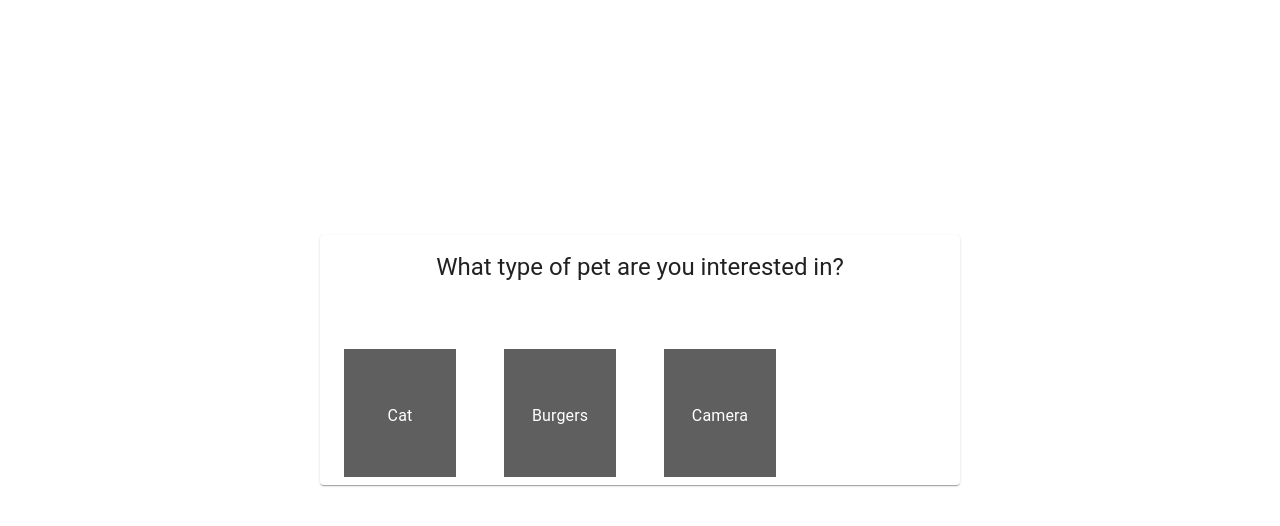
Repository: watthananick1/petstory
Page: /
An editor plug-in stored every save of this project. The page is shown before and after the next save, followed by the edit.
The browser window is 1280 px wide. The pictures show the whole page.
Pictures or frames that could not be fetched are drawn as grey boxes. The project was rebuilt for these pictures with package versions that can differ from the ones it lists, and the page was loaded fresh each time.

Above is the page before, as saved 2023-03-25 14:46:33.

### src/index.tsx
import React from 'react';
import ReactDOM from 'react-dom/client';
import './index.css';
import App from './App';
import reportWebVitals from './reportWebVitals';
import { BrowserRouter } from 'react-router-dom';

const root = ReactDOM.createRoot(document.getElementById('root') as HTMLElement);
root.render(
    <React.StrictMode>
        <BrowserRouter>
            <App />
        </BrowserRouter>
    </React.StrictMode>
);

// If you want to start measuring performance in your app, pass a function
// to log results (for example: reportWebVitals(console.log))
// or send to an analytics endpoint. Learn more: https://bit.ly/CRA-vitals
reportWebVitals();

### src/App.tsx
import logo from './assets/logo.svg';
import styles from './App.module.scss';
import { Menu } from './components/menu/menu';
import { Container } from './components/container/container';
import { Navbar } from './components/navbar/navbar';
import { Posts } from './components/posts/posts';
import Login from './components/login/login';
import SignUp from './components/sign-up/sign-up';
import CardTypePet from './components/card-type-pet/card-type-pet';
import { Route, Routes } from 'react-router';

function App() {
    return (
        // <div className={styles.App}>
        //     <Navbar />
        //     <Menu />
        //     <Container />
        //     <Posts />
        // </div>
        <div>
            <Routes>
                {/* <Route id="login" path="/" element={<Login />} />
                <Route id="signUp" path="/signUp" element={<SignUp />} /> */}
                {/* <Route path="/home" element={<Home />} /> */}
                <Route path="/" element={<CardTypePet />} />
            </Routes>
        </div>
    );
}

export default App;

### src/components/card-type-pet/card-type-pet.tsx
import * as React from 'react';
import { styled } from '@mui/material/styles';
import Box from '@mui/material/Box';
import ButtonBase from '@mui/material/ButtonBase';
import Typography from '@mui/material/Typography';
import { Card, CardContent, Paper } from '@mui/material';

const images = [
    {
        url: 'https://firebasestorage.googleapis.com/v0/b/pet-story-f51e3.appspot.com/o/mainData%2FimgTypePet%2Fcat.jpg?alt=media&token=758765ef-8887-4d21-88d9-0f803717e977',
        title: 'Cat',
        width: '30%',
    },
    {
        url: '/static/images/buttons/burgers.jpg',
        title: 'Burgers',
        width: '30%',
    },
    {
        url: '/static/images/buttons/camera.jpg',
        title: 'Camera',
        width: '30%',
    },
];

const ImageButton = styled(ButtonBase)(({ theme }) => ({
    position: 'relative',
    height: 200,
    [theme.breakpoints.down('sm')]: {
        width: '100% !important', // Overrides inline-style
        height: '2%',
    },
    '&:hover, &.Mui-focusVisible': {
        zIndex: 1,
        '& .MuiImageBackdrop-root': {
            opacity: 0.15,
        },
        '& .MuiImageMarked-root': {
            opacity: 0,
        },
        '& .MuiTypography-root': {
            border: '4px solid currentColor',
        },
    },
}));

const ImageSrc = styled('span')({
    position: 'absolute',
    left: 0,
    right: 0,
    top: 0,
    bottom: 0,
    backgroundSize: 'cover',
    backgroundPosition: 'center 40%',
});

const Image = styled('span')(({ theme }) => ({
    position: 'absolute',
    left: 0,
    right: 0,
    top: 0,
    bottom: 0,
    display: 'flex',
    alignItems: 'center',
    justifyContent: 'center',
    color: theme.palette.common.white,
}));

const ImageBackdrop = styled('span')(({ theme }) => ({
    position: 'absolute',
    left: 0,
    right: 0,
    top: 0,
    bottom: 0,
    backgroundColor: theme.palette.common.black,
    opacity: 0.4,
    transition: theme.transitions.create('opacity'),
}));

const Item = styled(Paper)(({ theme }) => ({
  ...theme.typography.body2,
  textAlign: 'center',
  color: theme.palette.text.secondary,
  height: 10,
  lineHeight: '60px',
}));

export default function CardTypePet() {
    return (
        <div style={{ display: 'flex', alignItems: 'center', height: '100vh'}}>
            <Card sx={{ minWidth: '50%', margin: '0 auto' }}>
                <CardContent>
                    <Typography gutterBottom variant="h5" style={{alignItems: 'center', textAlign: 'center', height: 50}} component="div">
                      What type of pet are you interested in?
                    </Typography >
                </CardContent>
                <Box
                  sx={{
                    display: 'flex',
                    flexWrap: 'wrap',
                    '& > :not(style)': {
                      m: 2,
                      width: 128,
                      height: 128,
                    },
                  }}
                >
                  {images.map((image) => (
                      <Box
                      sx={{
                        display: 'flex',
                        flexWrap: 'wrap',
                        '& > :not(style)': {
                          m: 1,
                          width: 128,
                          height: 128,
                        },
                      }}
                      >
                        <ImageButton
                            focusRipple
                            key={image.title}
                            style={{
                                width: '100%',
                            }}
                            onClick={() => console.log(`Clicked on ${image.title}`)}
                        >
                            <ImageSrc style={{ backgroundImage: `url(${image.url})` }} />
                            <ImageBackdrop className="MuiImageBackdrop-root" />
                            <Image>
                                <Typography
                                    component="span"
                                    variant="subtitle1"
                                    color="inherit"
                                    sx={{
                                        position: 'relative',
                                        p: 4,
                                        pt: 2,
                                        pb: (theme) => `calc(${theme.spacing(1)} + 2px)`,
                                    }}
                                >
                                    {image.title}
                                </Typography>
                            </Image>
                        </ImageButton>
                        </Box>
                    ))}
                </Box>
            </Card>
        </div>
    );
}

Loaded but not shown: public/index.html (common file); src/index.css (common file); src/reportWebVitals.ts (common file)

After the next save:
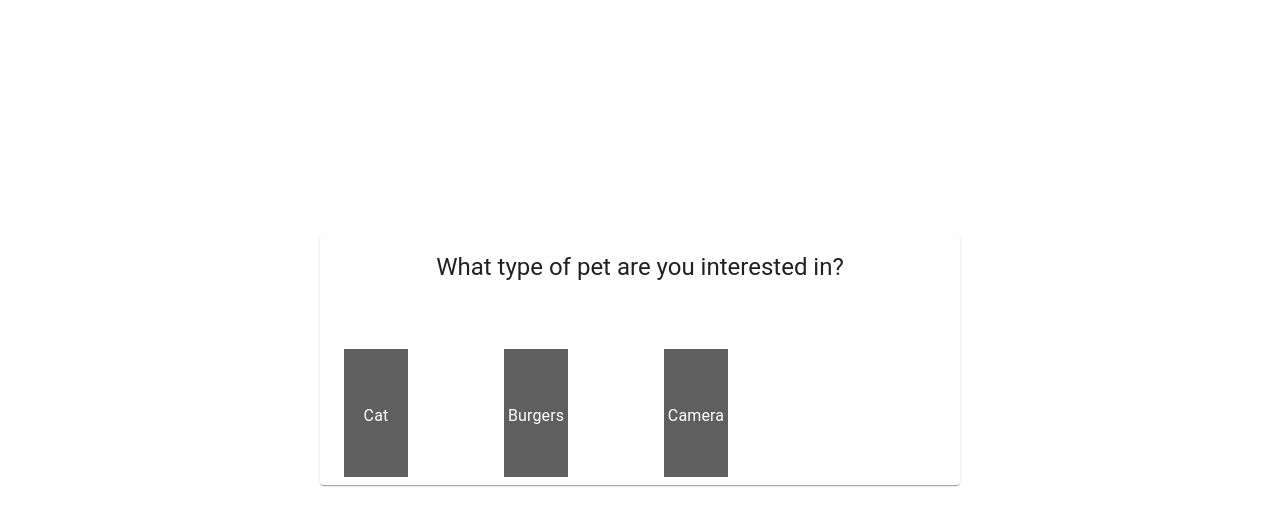
Saved 30 s later.
--- a/src/components/card-type-pet/card-type-pet.tsx
+++ b/src/components/card-type-pet/card-type-pet.tsx
@@ -121,7 +121,7 @@
                             focusRipple
                             key={image.title}
                             style={{
-                                width: '100%',
+                                width: '50%',
                             }}
                             onClick={() => console.log(`Clicked on ${image.title}`)}
                         >

After the 2 saves that followed:
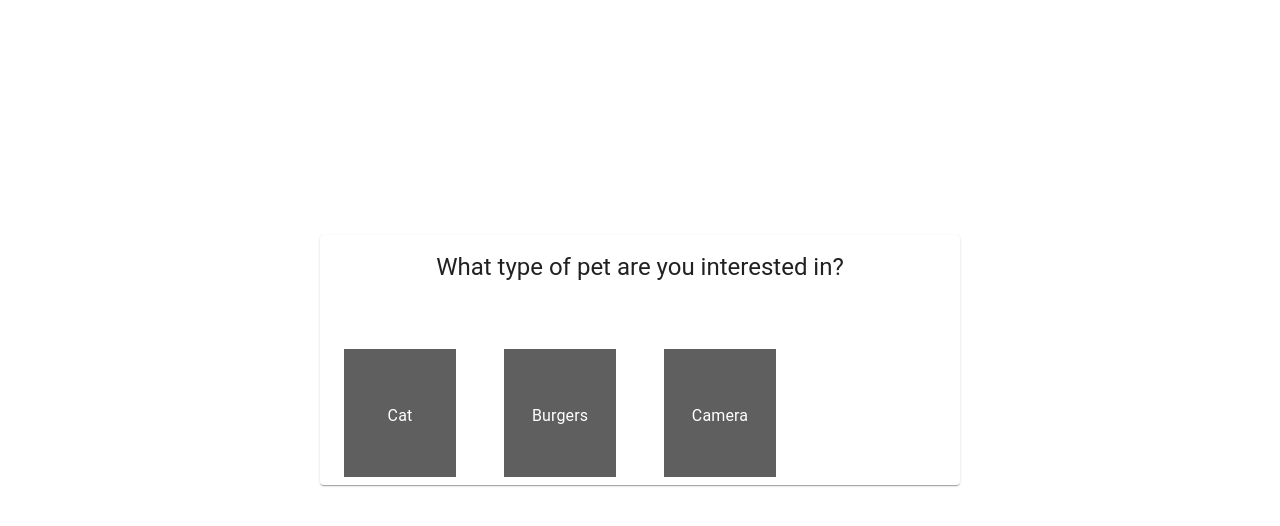
The 2 saves are shown as one change because they came seconds apart.
The last was saved 8 s later.
--- a/src/components/card-type-pet/card-type-pet.tsx
+++ b/src/components/card-type-pet/card-type-pet.tsx
@@ -121,7 +121,7 @@
                             focusRipple
                             key={image.title}
                             style={{
-                                width: '50%',
+                                width: '100%',
                             }}
                             onClick={() => console.log(`Clicked on ${image.title}`)}
                         >
